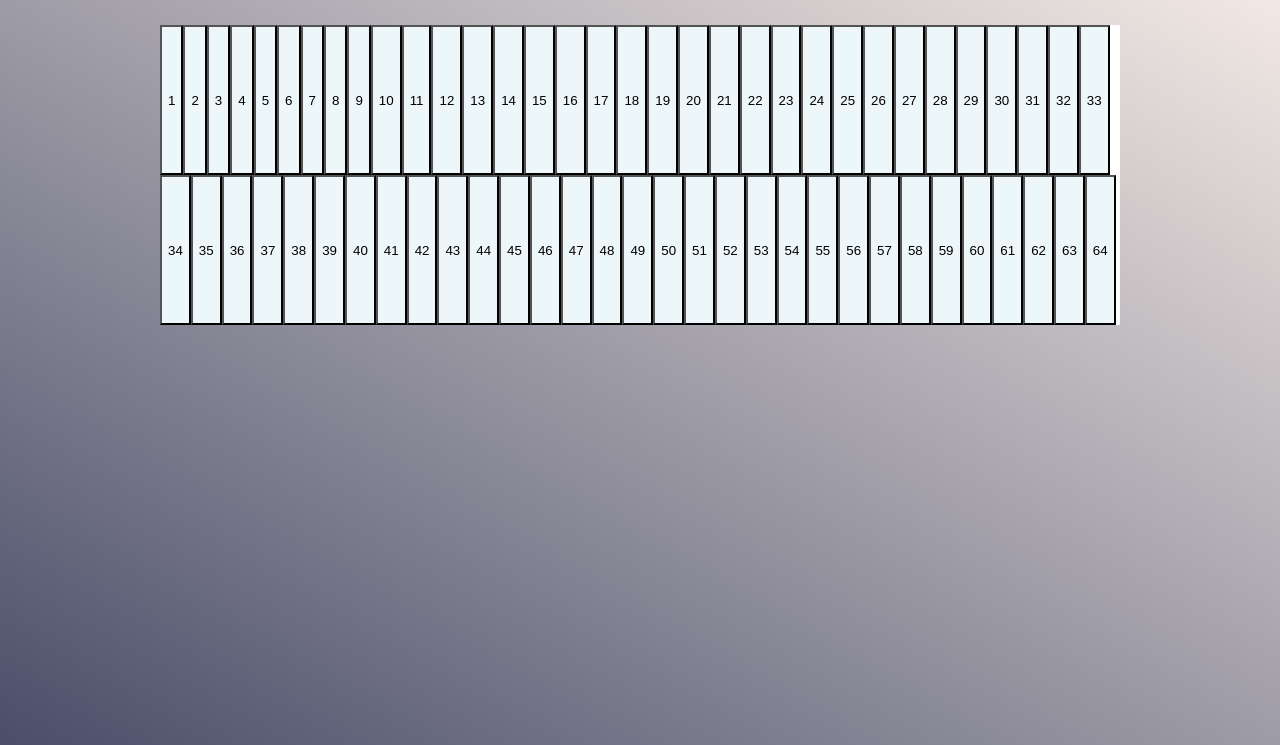
Repository: letrongtinh27/LapTrinhWeb
Page: Lab4.7/index.html
These files come from the project's save history. The page is drawn as it stood at one moment and after the next save; the edit follows.
The browser window is 1280 px wide. The pictures show the whole page.

Above is the page before, as saved 2022-10-15 09:41:46.

### Lab4.7/index.html
<!DOCTYPE html>
<html lang="en">
<head>
    <meta charset="UTF-8">
    <meta http-equiv="X-UA-Compatible" content="IE=edge">
    <meta name="viewport" content="width=device-width, initial-scale=1.0">
    <title>Document</title>
    <link rel="stylesheet" href="./reset.css">
    <link rel="stylesheet" href="./style.css">
</head>
<body>
    <div class="container" id="buttons">

    </div>
    <script src="./main.js"></script>
</body>
</html>

### Lab4.7/style.css
body {
    width: 100%;
    height: 100vh;
    background-image: linear-gradient(to right top, #4a4e69, #f2e9e4);
}

.container {
    display: flex;
    width: 100%;
    max-width: 960px;
    height: 300px;
    margin: 25px auto;
    flex-direction: row;
    flex-wrap: wrap;
    justify-content: flex-start;
    align-items: stretch;
    align-content: stretch;
    background-color: #fff;
}

.btn {
    display: block;
    width: auto;
    height: 150px;
    background-color: #edf6f9;
}

.btn:hover {
    background-color: #ffddd2;
}

.hident {
    visibility: hidden;
}

### Lab4.7/main.js
var button;
for (i = 0; i < 64; i++) {
    button = document.createElement("button");
    button.innerHTML = i+1;
    button.className = "btn";
    var buttonDiv = document.getElementById("buttons");
    buttonDiv.appendChild(button);
}

var btn_list = document.querySelectorAll('button');

var count = 1;
for(i = 0 ; i< btn_list.length; i++) {
    btn_list[i].onclick = function (e) {
        if(e.target.innerHTML == count) {
            count++;
            e.target.className = "hident";
            console.log(e.target.className = "hident");
        }
    }
}

Loaded but not shown: Lab4.7/reset.css (common file)

After the next save:
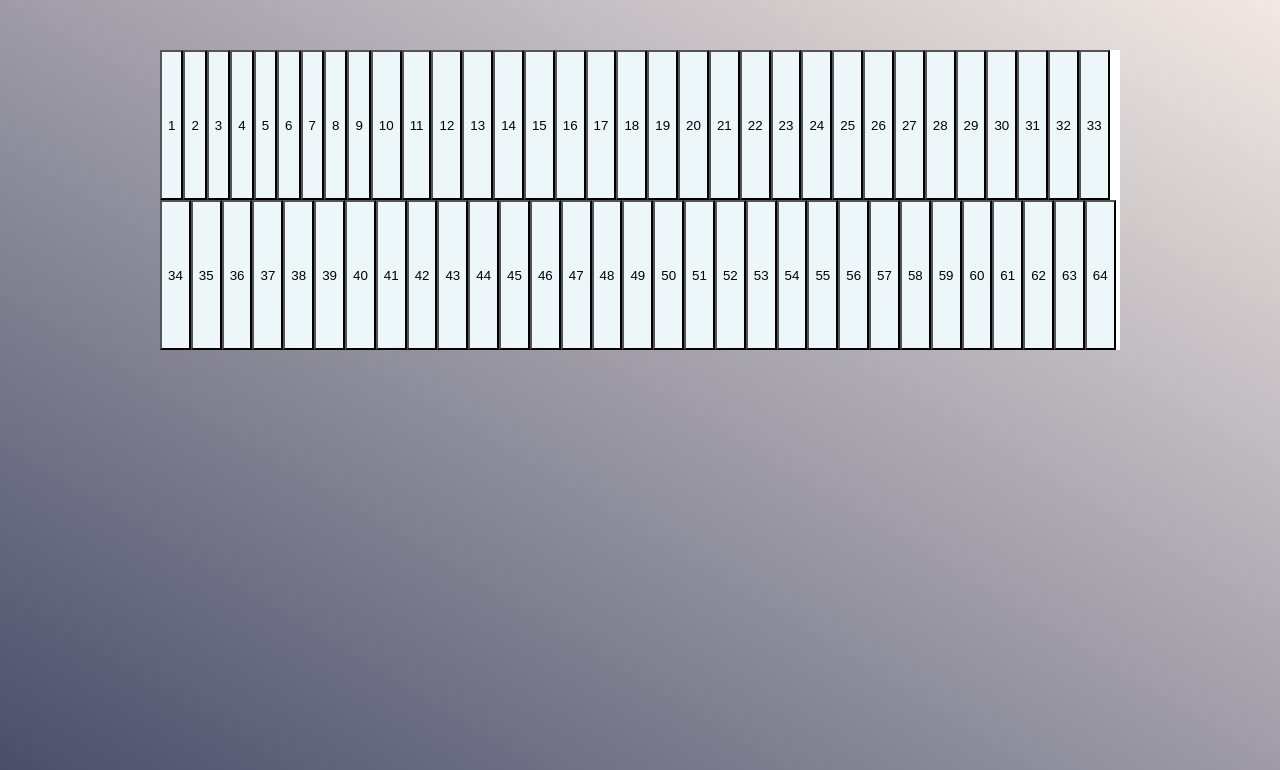
Saved 9 s later.
--- a/Lab4.7/style.css
+++ b/Lab4.7/style.css
@@ -9,9 +9,9 @@ body {
     width: 100%;
     max-width: 960px;
     height: 300px;
-    margin: 25px auto;
+    margin: 50px auto;
     flex-direction: row;
-    flex-wrap: wrap;
+    flex-wrap:  wrap;
     justify-content: flex-start;
     align-items: stretch;
     align-content: stretch;
